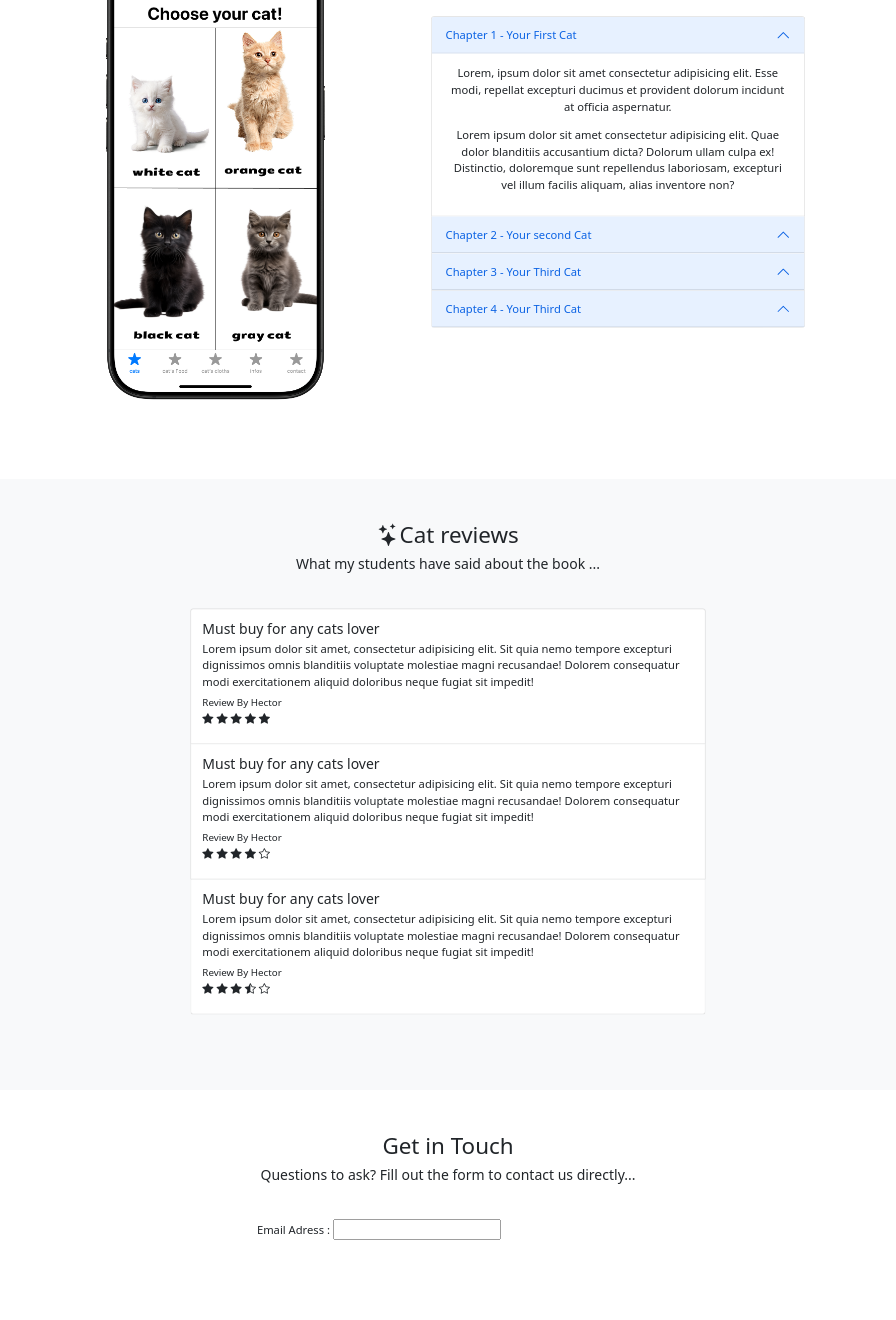
Repository: rihebtlh/catty-storefront
Page: index.html
The author's editor kept a copy of each file at every save. The page is drawn from the files as they stood at one save, then again after a run of saves.
The browser window is 1280 px wide. The pictures show the part of the page from y = 1775 to 3695 px (the page is 3660 px tall before and 3695 px after), at 70% of full size.

Above is the page before, as saved 2025-06-18 16:51:48.

After the next 4 saves:
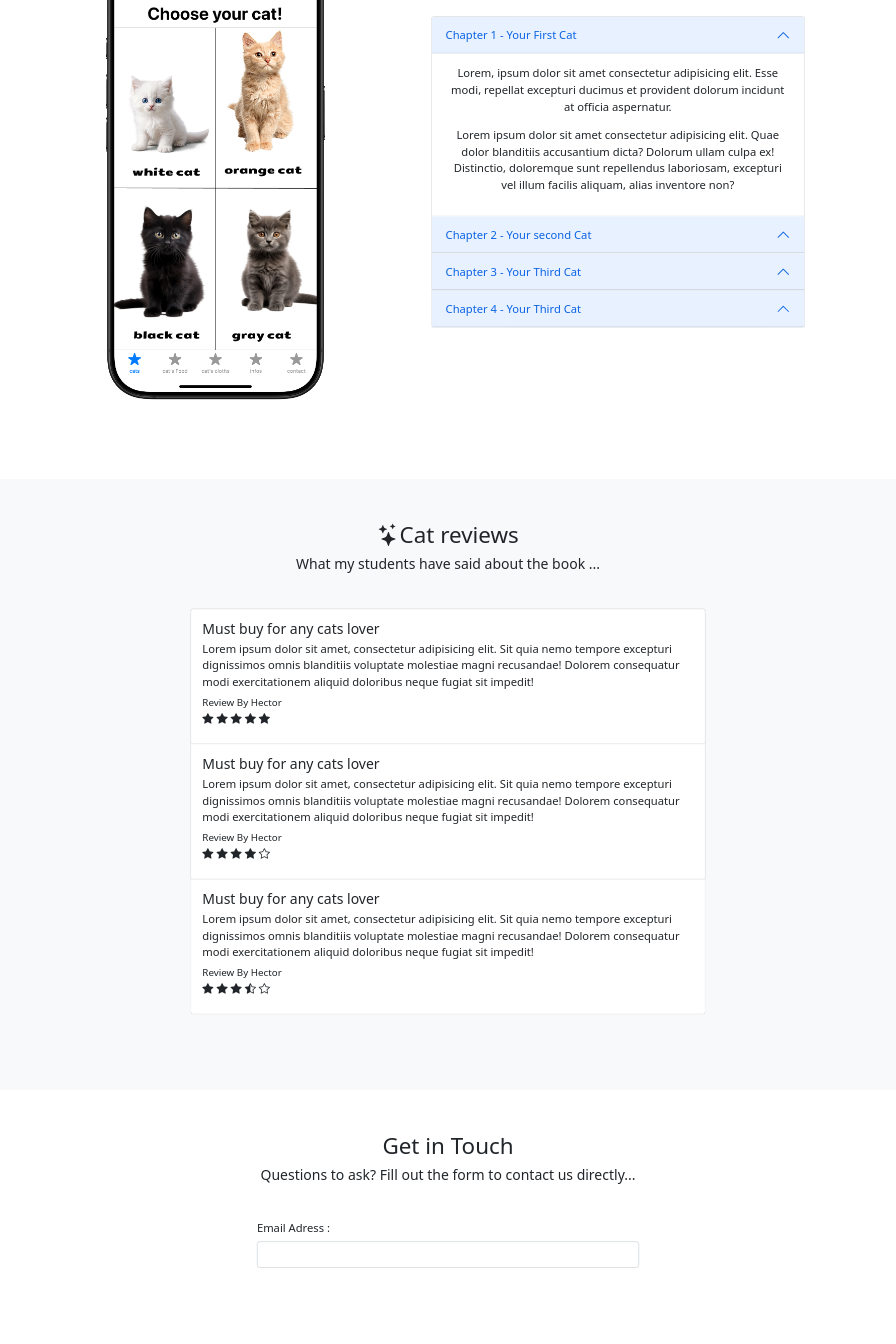
The 4 saves are shown as one change because they came seconds apart.
The last was saved 14 s later.
--- a/index.html
+++ b/index.html
@@ -283,7 +283,8 @@
           <div class="col-lg-6">
             <form>
               <label for="email" class="form-label">Email Adress : </label>
-              <input type="email">
+              <input type="email" class="form-control">
+
             </form>
           </div>
         </div>
